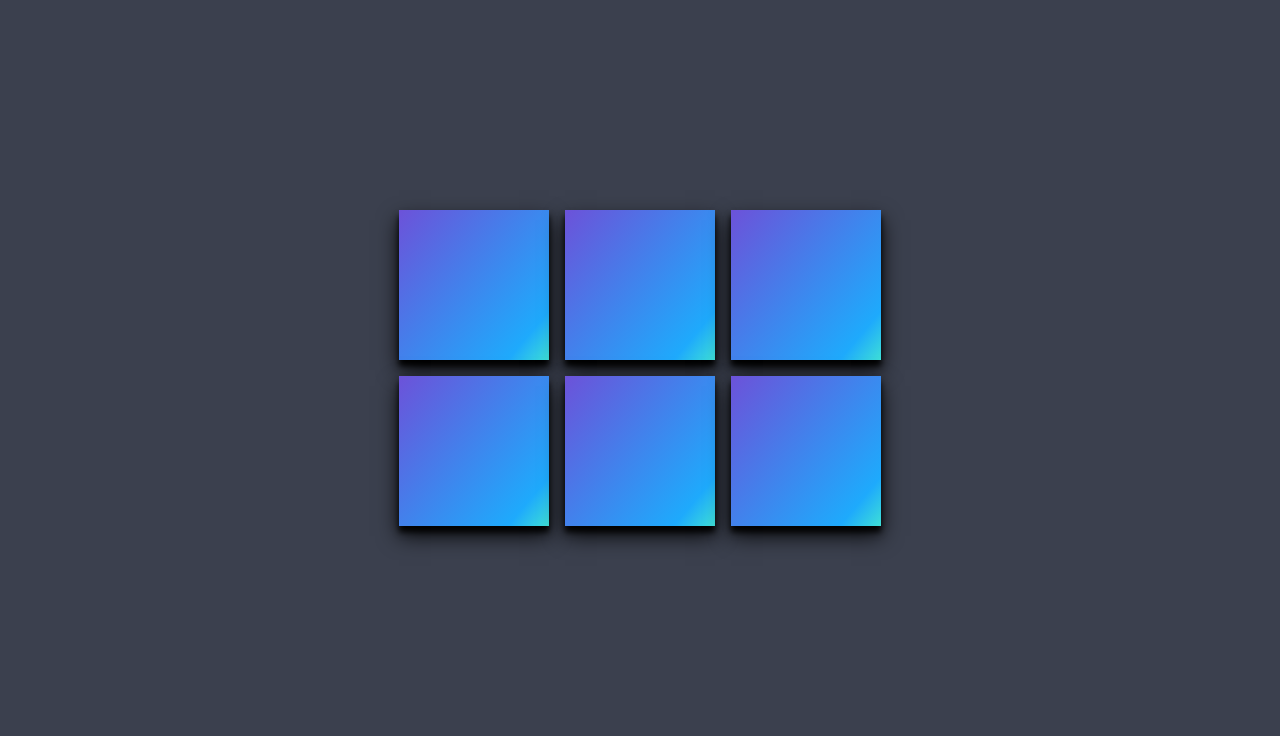
Repository: mariocapitbrok/css-grid
Page: index.html
The author's editor kept a copy of each file at every save. The page is drawn from the files as they stood at one save, then again after the next save.
The browser window is 1280 px wide. The pictures show the whole page.

Above is the page before, as saved 2022-12-29 13:19:38.

After the next save:
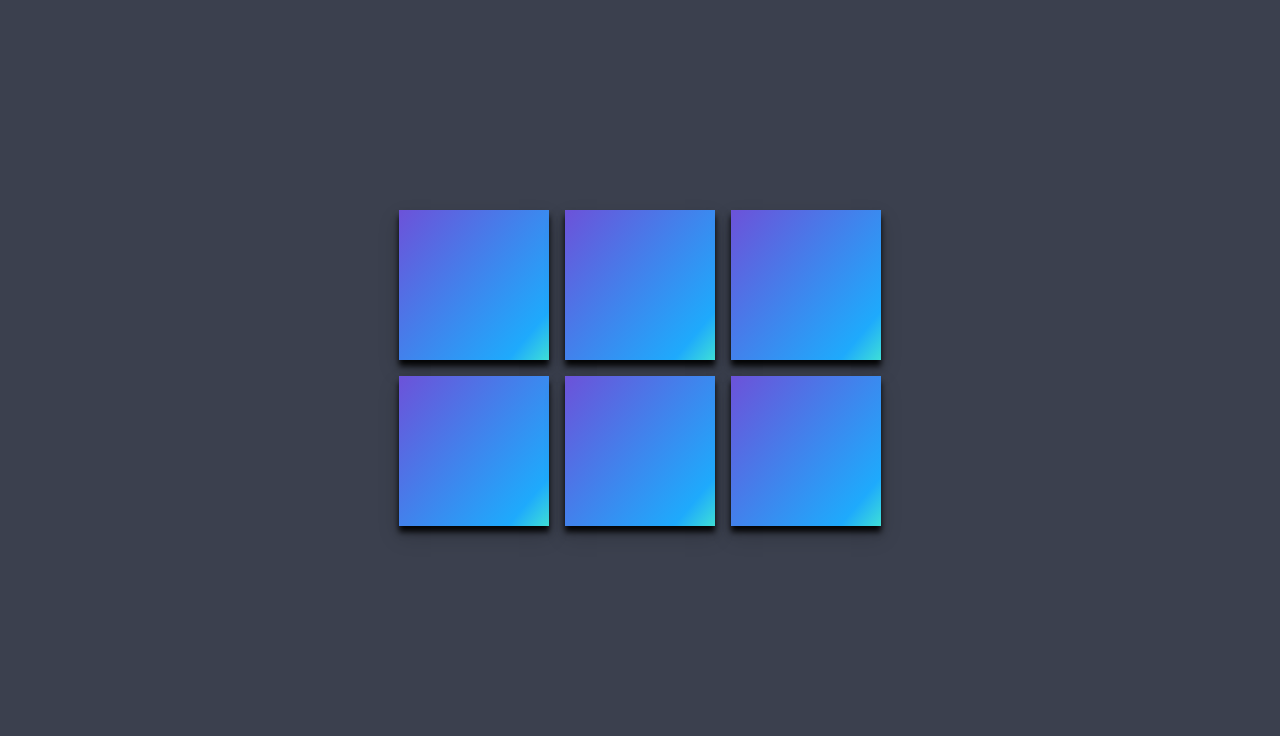
Saved 6 s later.
--- a/styles.css
+++ b/styles.css
@@ -16,5 +16,5 @@ body {
 .item {
   background-color: #1EAAFC;
   background-image: linear-gradient(130deg, #6C52D9 0%, #1EAAFC 85%, #3EDFD7 100%);
-  box-shadow: 0 10px 20px rgba(0, 0, 0, 0.88), 0 6px 6px rgba(0, 0, 0, 0.931);
+  box-shadow: 0 10px 20px rgba(0, 0, 0, 0.188), 0 6px 6px rgba(0, 0, 0, 0.931);
 }
